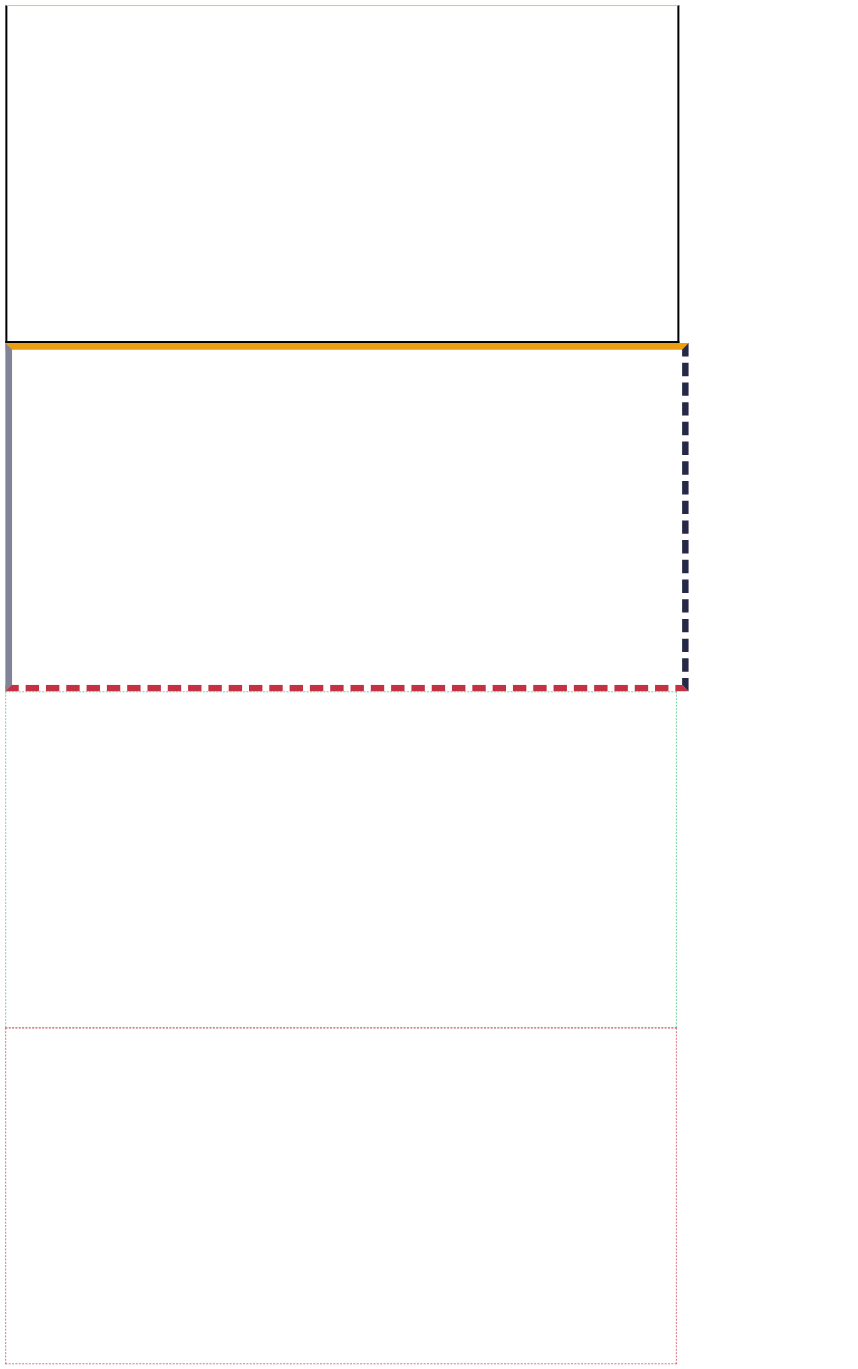
Repository: SharkPem/WebLearn
Page: Learn_HTML_CSS_cong0dao1/practise_17.html
The author's editor kept a copy of each file at every save. The page is drawn from the files as they stood at one save, then again after the next save.
The browser window is 1280 px wide. The pictures show the whole page, at 67% of full size.

Above is the page before, as saved 2022-05-12 15:50:20.

### Learn_HTML_CSS_cong0dao1/practise_17.html
<!DOCTYPE html>
<html lang="en">

<head>
    <meta charset="UTF-8">
    <title>Title</title>
    <style type="text/css">
        div {
            width: 1000px;
            height: 500px;
        }

        #div1 {
            border-top: 1px #eb9e11;
            border-style: solid;
        }

        #div2 {
            border-top: 10px #eb9e11 solid;
            border-bottom: 10px #c43143 dashed;
            border-left: 10px #818496 solid;
            border-right: 10px #252947 dashed;
        }

        #div3 {
            border-width: 1px;
            border-style: dashed;
            border-color: #38B774;
        }

        #div4 {
            border: 1px dashed #c43143;
        }
    </style>
</head>

<body>
    <div id="div1"></div>
    <div id="div2"></div>
    <div id="div3"></div>
    <div id="div4"></div>
</body>

</html>

After the next save:
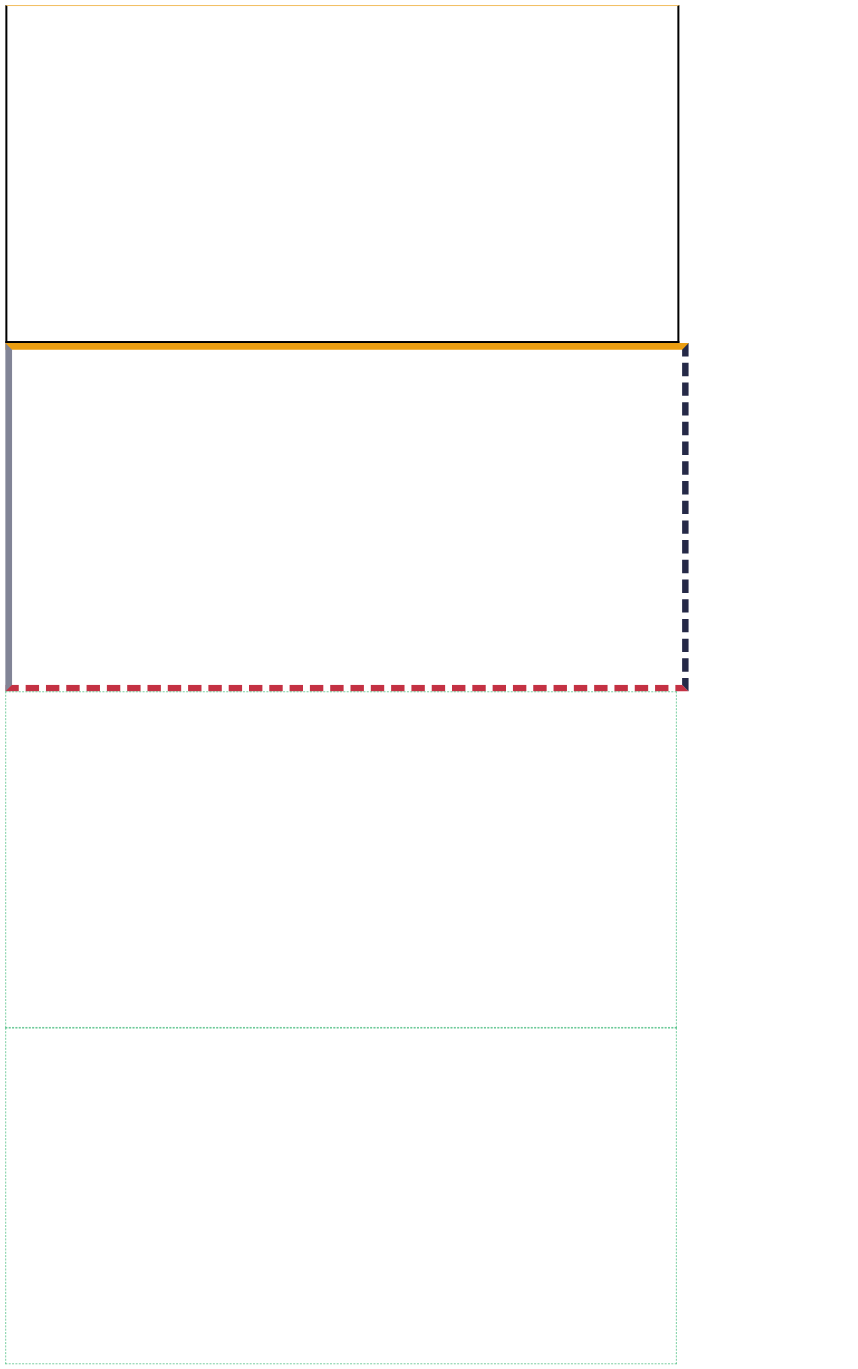
Saved 5 min 16 s later.
--- a/Learn_HTML_CSS_cong0dao1/practise_17.html
+++ b/Learn_HTML_CSS_cong0dao1/practise_17.html
@@ -29,7 +29,7 @@
         }
 
         #div4 {
-            border: 1px dashed #c43143;
+            border: 1px dashed #38B774;
         }
     </style>
 </head>

After the save that followed:
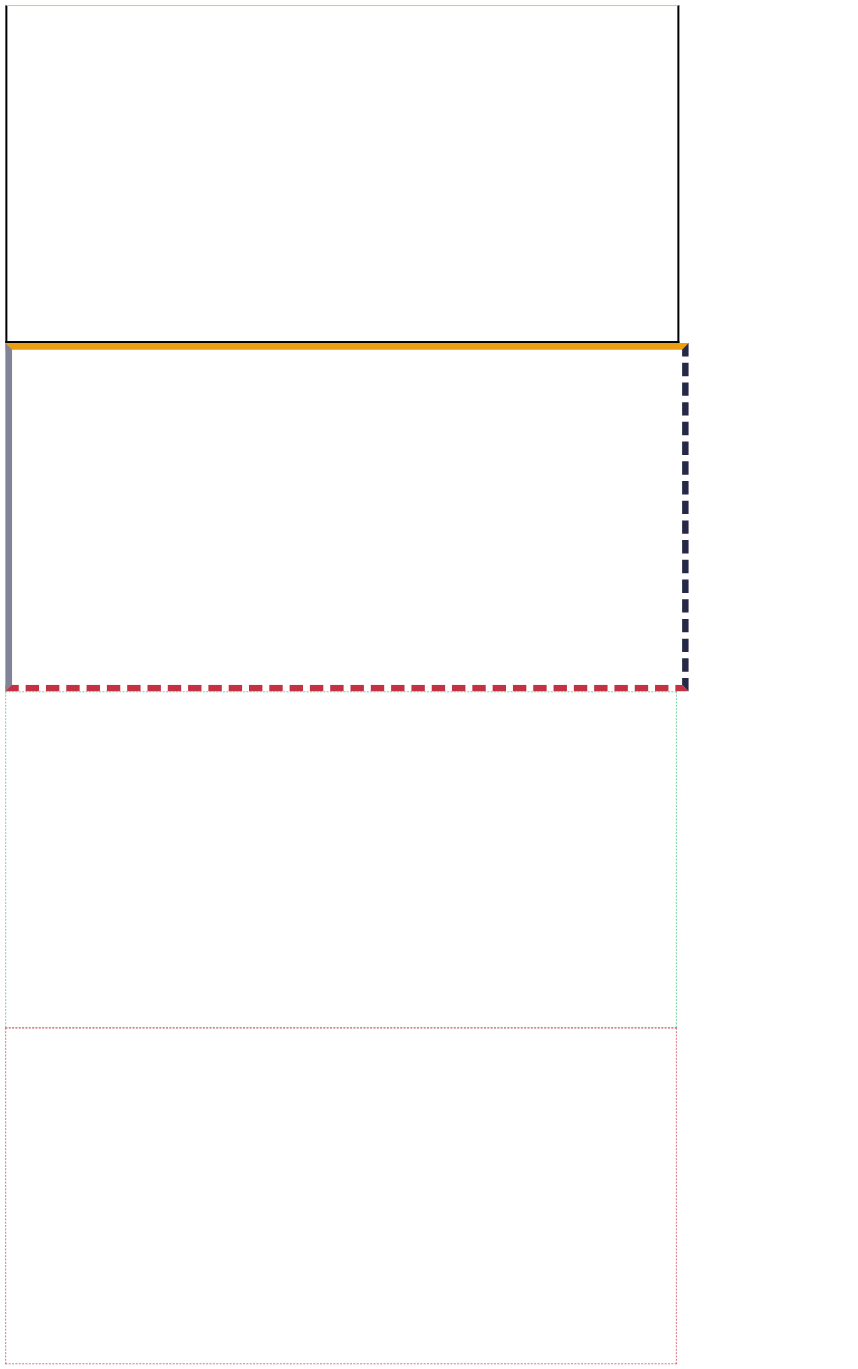
Saved 26 s later.
--- a/Learn_HTML_CSS_cong0dao1/practise_17.html
+++ b/Learn_HTML_CSS_cong0dao1/practise_17.html
@@ -29,7 +29,7 @@
         }
 
         #div4 {
-            border: 1px dashed #38B774;
+            border: 1px dashed #c43143;
         }
     </style>
 </head>
